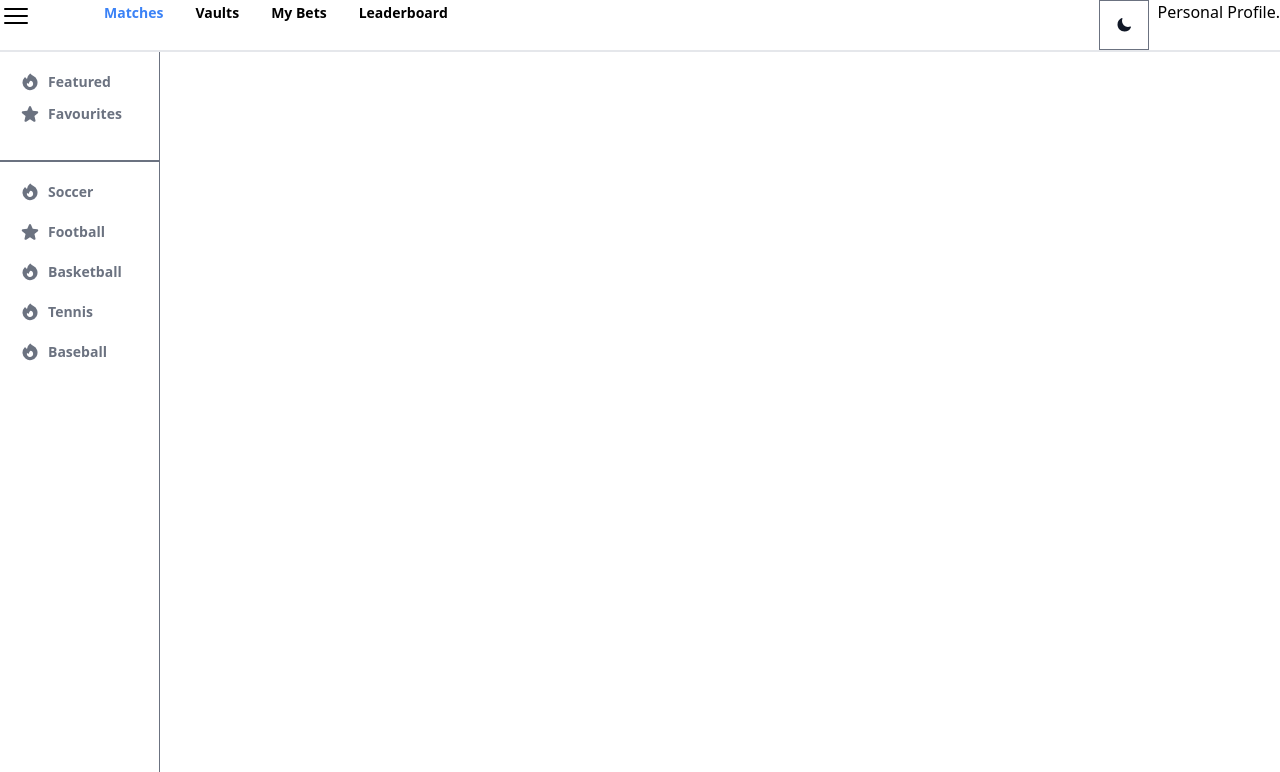
Repository: thekingisherenow/Betterbook
Page: /
An editor plug-in stored every save of this project. The page is shown before and after the next save, followed by the edit.
The browser window is 1280 px wide. The pictures show the whole page.
The project was rebuilt for these pictures with package versions that can differ from the ones it lists, and the page was loaded fresh each time. The framework's server and built-in components were replaced by stand-ins that run in the browser. Also part of the build but not shown: next.config.js.

Above is the page before, as saved 2023-01-17 00:44:08.

### src/pages/_app.tsx
import type { AppProps } from 'next/app'
import { Provider } from 'react-redux'
import store from '../core/store'
import '../core/styles/root.css'
import { ThemeProvider } from 'next-themes'

const App = (props: AppProps) => {
  const { Component, pageProps } = props
  return (
    <ThemeProvider enableSystem={true}  attribute="class">
    <Provider store={store}>
      <Component {...pageProps} />
    </Provider>
    </ThemeProvider>
  )
}

export default App

### src/pages/index.tsx
import type { NextPage } from 'next'
import { useEffect, useState } from 'react'
import API from '../core/services'
import { Game } from '../types/game'
import Sidebar from '../components/Typography/Sidebar'
import Header from '../components/Typography/Header'

const IndexPage: NextPage = () => {
  const [games, setGames] = useState<Game[]>([])

  useEffect(() => {
    API.games.fetchGames().then(setGames)
  }, [])

  return <div>
        <main className=''>

          {/* Header  */}
          <Header />
            {/* Sidebar */}
            <Sidebar/>
            {/* Center  */}

        </main>
  </div>
}

export default IndexPage

### src/core/store/index.ts
import { configureStore } from '@reduxjs/toolkit'
import { counterReducer } from './slices/counterSlice'

const store = configureStore({
  reducer: {
    counter: counterReducer,
  },
})

export default store

### src/core/services/index.ts
import * as gamesServices from './games'

const API = {
  games: gamesServices,
}

export default API

### src/components/Typography/Sidebar.tsx
import React from 'react'
import { FireIcon, StarIcon } from '@heroicons/react/24/solid'

function Sidebar() {
    return (
        <div className='text-gray-500 text-sm border-r h-screen w-40 border-gray-500'>
            <div>
                <div className='flex flex-col  p-5 space-y-3 font-semibold mb-4'>
                    <button className='flex items-center space-x-2 hover:text-blue-600'>
                        <FireIcon className='w-5 h-5' />
                        <p>Featured</p>
                    </button>
                    <button className='flex items-center space-x-2 hover:text-blue-600'>
                        <StarIcon className='w-5 h-5' />
                        <p>Favourites</p>
                    </button>
                </div>
                    <hr className='border-t-2 border-gray-500' />

                <div className='flex flex-col space-y-5  p-5 font-semibold mb-4'>
                    <button className='flex items-center space-x-2 hover:text-blue-600'>
                        <FireIcon className='w-5 h-5' />
                        <p>Soccer</p>
                    </button>
                    <button className='flex items-center space-x-2 hover:text-blue-600'>
                        <StarIcon className='w-5 h-5' />
                        <p>Football</p>
                    </button>
                    <button className='flex items-center space-x-2 hover:text-blue-600'>
                        <FireIcon className='w-5 h-5' />
                        <p>Basketball</p>
                    </button>
                    <button className='flex items-center space-x-2 hover:text-blue-600'>
                        <FireIcon className='w-5 h-5' />
                        <p>Tennis</p>
                    </button>
                    <button className='flex items-center space-x-2 hover:text-blue-600'>
                        <FireIcon className='w-5 h-5' />
                        <p>Baseball</p>
                    </button>
                </div>
            </div>
        </div>
    )
}

export default Sidebar

### src/components/Typography/Header.tsx
import { Bars3Icon } from '@heroicons/react/24/solid'
import React from 'react'
import NavLinks from './NavLinks'
import DarkModeButton from './DarkModeButton'

function Header() {
  return (
    <header >
      <div className=' flex text-center   border-b-2 '>

        <Bars3Icon className='h-8 w-8  cursor-pointer'/>
        <div className='ml-10'>

          {/* Nav Links */}
          <div className='ml-4 items-center'>

        <NavLinks  />
          </div>

        </div>
        <div className='flex space-x-2 justify-end ml-auto '>
          {/* DARK MODE BUTTON  */}
          <div className='border border-gray-500 p-2'>
          <DarkModeButton   />
          </div>
            <div>
             Personal Profile.
              </div>
        </div>
      </div>
    </header>
  )
}

export default Header

### src/core/store/slices/counterSlice.ts
import { createSlice } from '@reduxjs/toolkit'

export const counterSlice = createSlice({
  name: 'counter',
  initialState: {
    count: 0,
  },
  reducers: {
    setCount(state, { payload }) {
      state.count = payload
    },
  },
})

export const counterReducer = counterSlice.reducer

### src/core/services/games.ts
import { Game } from '../../types/game'

export const fetchGames = (): Promise<Game[]> => {
  return Promise.resolve([
    {
      id: '1',
      name: 'Spain vs Argentina',
    },
  ])
}

### src/components/Typography/NavLinks.tsx
import React, { useEffect } from 'react'
import { categories } from './constants'
import NavLink from './NavLink'
import { useRouter } from 'next/router'

function NavLinks() {
  const router = useRouter();

  //const isActive is true if the pathname in the url matches the  navlink's path.
  const isActive = (path:string)=>{
    return router.pathname===path
  }

  return (
    <nav>
      {categories.map((category)=>(
        <NavLink key={category.label} category={category.label} path={category.path} isActive={isActive(category.path)} />
      ))}
    </nav>
  )
}

export default NavLinks

### src/components/Typography/DarkModeButton.tsx
import React, { useEffect, useState } from 'react'
import { useTheme } from 'next-themes'
import { MoonIcon, SunIcon } from '@heroicons/react/24/solid'

function DarkModeButton() {
    const [mounted, setMounted] = useState(false)
    const {systemTheme,theme,setTheme} = useTheme()
    useEffect(() => {
        setMounted(true)
      }, [])

      if (!mounted) {
        return null
      }

    const currentTheme = theme==="system"? systemTheme : theme;

  return (
    <div>
    {currentTheme==='dark'?
        <SunIcon
        onClick={()=>setTheme("light")}
        className='h-8 w-8 p-2 cursor-pointer text-yellow-500'
         />
        :
        <MoonIcon
        onClick={()=>setTheme("dark")}
        className='h-8 w-8 p-2 cursor-pointer text-gray-900'
        />

}
    </div>
  )
}

export default DarkModeButton

### src/components/Typography/constants.ts
import { Category } from "../../types/category"

export const categories : Category[] =[
    {label:"Matches",path:"/"},
    {label:"Vaults",path:"/vaults"},
    {label:"My Bets",path:"/mybets"},
    {label:"Leaderboard",path:"/leaderboard"},
]

### src/components/Typography/NavLink.tsx
import Link from 'next/link';
import React from 'react'


type Props = {
    category: string;
    path:string;
    isActive: boolean;

}

function NavLink({category,path,isActive}:Props) {
  return (
    <Link href={`${path}`}
        className={`cursor-pointer p-4 text-sm  font-semibold
         ${isActive && 'text-blue-500 hover:text-blue-600 font-bold '}`}
    >
      {category}
    </Link>
  )
}

export default NavLink

### tailwind.config.js
/** @type {import('tailwindcss').Config} */
module.exports = {
  content: [
    './src/pages/**/*.{js,ts,jsx,tsx}',
    './src/components/**/*.{js,ts,jsx,tsx}',
    './src/modules/**/*.{js,ts,jsx,tsx}',
  ],
  darkMode: 'class',
  theme: {
    extend: {},
  },
  plugins: [],
}

Loaded but not shown: src/core/styles/root.css (common file)

After the next save:
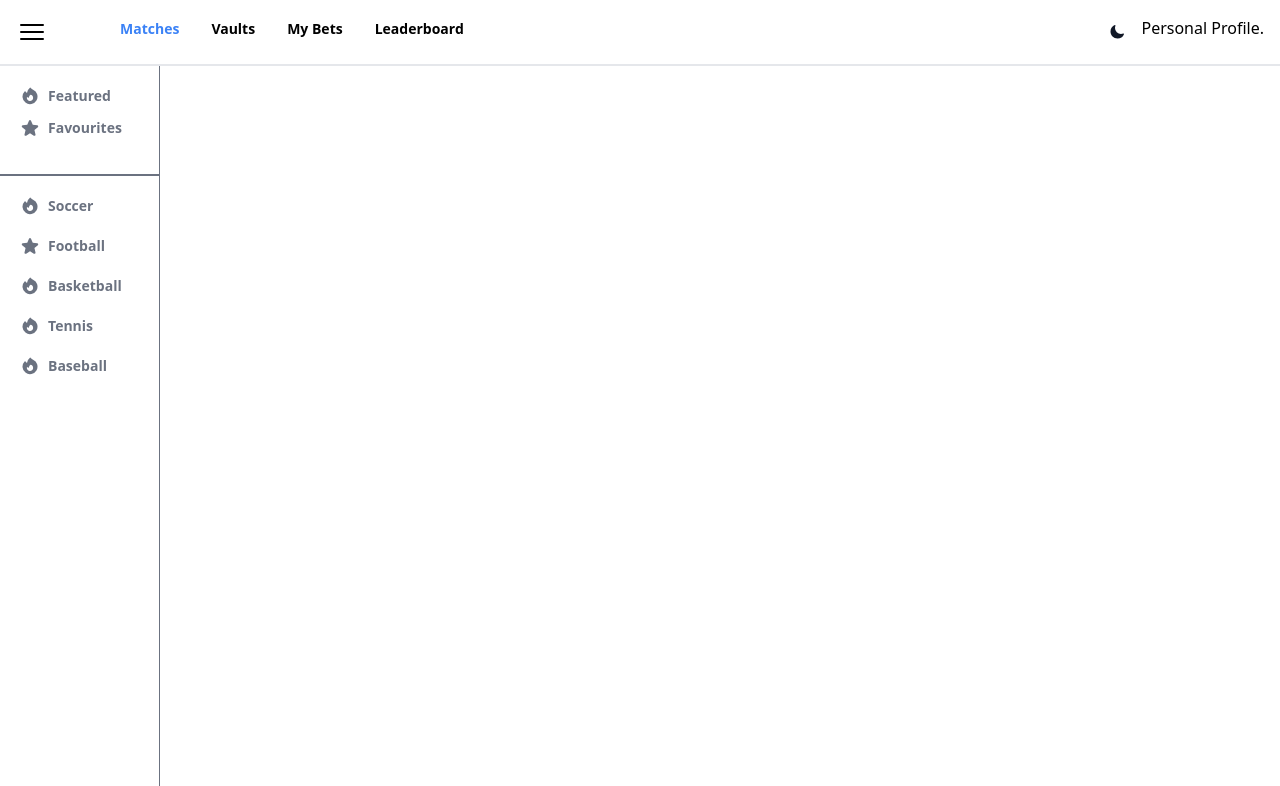
Saved 12 s later.
--- a/src/components/Typography/Header.tsx
+++ b/src/components/Typography/Header.tsx
@@ -6,7 +6,7 @@ import DarkModeButton from './DarkModeButton'
 function Header() {
   return (
     <header >
-      <div className=' flex text-center   border-b-2 '>
+      <div className='p-4 flex text-center   border-b-2 '>
 
         <Bars3Icon className='h-8 w-8  cursor-pointer'/>
         <div className='ml-10'>
@@ -20,9 +20,9 @@ function Header() {
         </div>
         <div className='flex space-x-2 justify-end ml-auto '>
           {/* DARK MODE BUTTON  */}
-          <div className='border border-gray-500 p-2'>
+
           <DarkModeButton   />
-          </div>
+
             <div>
              Personal Profile.
               </div>
